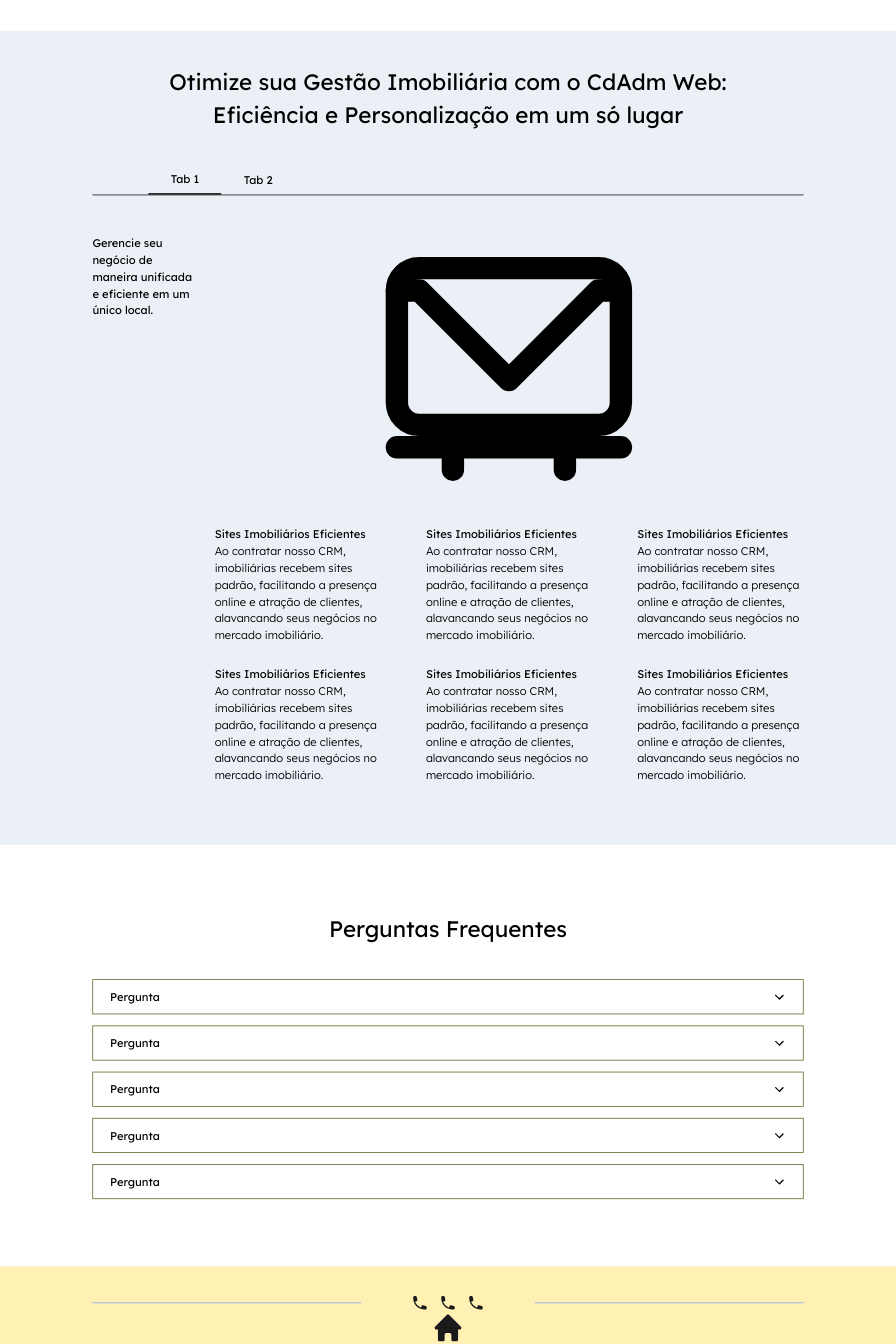
Repository: VereAbsolutum/site-institucional
Page: /cdAdmgrafico
The author's editor kept a copy of each file at every save. The page is drawn from the files as they stood at one save, then again after a run of saves.
The browser window is 1280 px wide. The pictures show the part of the page from y = 1100 to 3020 px (the page is 3090 px tall before and 3106 px after), at 70% of full size.
The project was rebuilt for these pictures with package versions that can differ from the ones it lists, and the page was loaded fresh each time. Also part of the build but not shown: vite.config.ts, src/presentation/components/buttons/button-base.tsx, src/presentation/components/buttons/button-border-primary.tsx, src/presentation/components/buttons/button-primary.tsx, src/presentation/components/links/link-border-primary.tsx, src/presentation/components/links/link-border-white.tsx, src/presentation/components/typography/display.tsx, src/presentation/components/typography/heading3.tsx and 13 more.

Above is the page before, as saved 2023-04-16 19:11:34.

### src/App.tsx
import React from 'react'
import { BrowserRouter, Routes, Route } from "react-router-dom"
import { Home, NotFound, Product } from './presentation/pages'

const App: React.FC = () => {
  return (
    <BrowserRouter >
      <Routes>
        <Route path='/' element={<Home />} />
        <Route path='/cdAdmgrafico' element={<Product />} />
        <Route path='*' element={<NotFound />} />
      </Routes>
    </BrowserRouter>
  )
}

export default App

### src/index.css
@import url('https://fonts.googleapis.com/css2?family=Lexend+Deca:wght@300;400&family=Manrope:wght@800&family=Playfair+Display:wght@500&display=swap');

@tailwind base;
@tailwind components;
@tailwind utilities;

### src/presentation/pages/index.ts
export { default as Home } from './home/home'
export { default as Product } from './product/product'
export { default as NotFound } from './not-found/notFound'

### src/presentation/pages/product/product.tsx
import { Tab } from '@headlessui/react';
import { MapPinIcon } from '@heroicons/react/24/solid';
import React, { useState } from 'react';
import { Accordion, Footer, Header, LinkPrimary, TabButton, TabPanel, TextHeading1, TextHeading2, TextParagraph } from '../../components';

export type Pergunta = {
    title: string,
    content: string
}

const product: React.FC = () => {
    const [activeTab, setActiveTab] = useState(0);

    const perguntasFrequentes: Pergunta[] = [
        {
            title: 'Pergunta',
            content: 'Resposta para a pergunta 1. Lorem ipsum dolor sit amet, consectetur adipiscing elit.'
        },
        {
            title: 'Pergunta',
            content: 'Resposta para a pergunta 1. Lorem ipsum dolor sit amet, consectetur adipiscing elit.'
        },
        {
            title: 'Pergunta',
            content: 'Resposta para a pergunta 1. Lorem ipsum dolor sit amet, consectetur adipiscing elit.'
        },
        {
            title: 'Pergunta',
            content: 'Resposta para a pergunta 1. Lorem ipsum dolor sit amet, consectetur adipiscing elit.'
        },
        {
            title: 'Pergunta',
            content: 'Resposta para a pergunta 1. Lorem ipsum dolor sit amet, consectetur adipiscing elit.'
        },
    ]

    return (
        <>
            <Header />
            <main>
                <section>
                    <div className='container py-12 mb-12'>
                        <div className='grid grid-cols-1 sm:grid-cols-2'>
                            <div className='flex justify-center items-center'>
                                <svg xmlns="http://www.w3.org/2000/svg" width="150" height="150" viewBox="0 0 24 24" fill="none" stroke="currentColor" strokeWidth="2" strokeLinecap="round" strokeLinejoin="round" className="w-full h-auto sm:max-w-sm">
                                    <rect x="2" y="3" width="20" height="14" rx="2" ry="2"></rect>
                                    <path d="M22 5H20L12 13L4 5H2"></path>
                                    <line x1="2" y1="19" x2="22" y2="19"></line>
                                    <line x1="7" y1="19" x2="7" y2="21"></line>
                                    <line x1="17" y1="19" x2="17" y2="21"></line>
                                </svg>
                            </div>

                            <div className='sm:pt-10'>
                                <p className='m-0'>
                                    <MapPinIcon className="w-6 h-6 text-indigo-600 inline-block mr-2" />
                                    <TextParagraph className='text-semibold'>CdAdm Web</TextParagraph>
                                </p>
                                <h1 className='mb-4'>
                                    <TextHeading1>
                                        CRM para sua Empresa
                                    </TextHeading1>
                                </h1>
                                <div className='mb-4'>
                                    <LinkPrimary className='py-4 block md:inline-block text-center lg:text-left hidden'>
                                        Começe agora e peça uma demonstração
                                    </LinkPrimary>
                                    <LinkPrimary className='py-4 block md:hidden text-center lg:text-left'>
                                        Peça uma demonstração
                                    </LinkPrimary>
                                </div>

                                <p className='mb-4 pr-12'>
                                    <TextParagraph>
                                        O CdAdm Web é uma solução inovadora em CRM para imobiliárias, otimizando a gestão do seu negócio e fortalecendo sua marca no mundo digital. Eficiência na palma da sua mão.
                                    </TextParagraph>
                                </p>
                            </div>
                        </div>
                    </div>
                </section>

                <section>
                    <div className='container py-12 mb-12'>
                        <div className='grid sm:grid-cols-2'>
                            <div className='sm:pr-32'>
                                <h2 className='mb-4'>
                                    <TextHeading2>
                                        Tudo dentro de uma só plataforma
                                    </TextHeading2>
                                </h2>
                                <p className='mb-4'>
                                    <TextParagraph>
                                        O CdAdm Web oferece um dashboard personalizável adaptado às necessidades do usuário, permitindo o fácil acesso a informações relevantes. Com a possibilidade de adicionar novos cadastros rapidamente, a plataforma simplifica e agiliza a gestão imobiliária.
                                    </TextParagraph>
                                </p>
                                <p>
                                    <TextParagraph>
                                        Além disso, o sistema permite visualizar os bens dos proprietários e gerenciar cadastros de pessoas jurídicas e seus sócios, facilitando o acompanhamento de informações importantes para o sucesso do seu negócio imobiliário.
                                    </TextParagraph>
                                </p>
                            </div>

                            <div className='flex justify-center items-center'>
                                <svg xmlns="http://www.w3.org/2000/svg" width="150" height="150" viewBox="0 0 24 24" fill="none" stroke="currentColor" strokeWidth="2" strokeLinecap="round" strokeLinejoin="round" className="w-full h-auto sm:max-w-sm">
                                    <rect x="2" y="3" width="20" height="14" rx="2" ry="2"></rect>
                                    <path d="M22 5H20L12 13L4 5H2"></path>
                                    <line x1="2" y1="19" x2="22" y2="19"></line>
                                    <line x1="7" y1="19" x2="7" y2="21"></line>
                                    <line x1="17" y1="19" x2="17" y2="21"></line>
                                </svg>
                            </div>
                        </div>

                    </div>
                </section>

                <section className='bg-blue-light border-0'>
                    <div className='container py-12 mb-12'>
                        <h2 className='text-center px-20 mb-12'>
                            <TextHeading2 >
                                Otimize sua Gestão Imobiliária com o CdAdm Web: Eficiência e Personalização em um só lugar
                            </TextHeading2>
                        </h2>
                        <div>

                            <div className="flex border-b mb-4 px-20">
                                <TabButton title="Tab 1" active={activeTab === 0} onClick={() => setActiveTab(0)} />
                                <TabButton title="Tab 2" active={activeTab === 1} onClick={() => setActiveTab(1)} />
                            </div>
                            <TabPanel active={activeTab === 0}>

                                <div className="grid grid-cols-6 gap-8 py-10">
                                    <div>
                                        <TextParagraph className='font-500'>
                                            Gerencie seu negócio de maneira unificada e eficiente em um único local.
                                        </TextParagraph>
                                    </div>
                                    <div className='col-span-5'>
                                        <div className='grid gap-8'>
                                            <div className='flex justify-center items-center'>
                                                <svg xmlns="http://www.w3.org/2000/svg" width="150" height="150" viewBox="0 0 24 24" fill="none" stroke="currentColor" strokeWidth="2" strokeLinecap="round" strokeLinejoin="round" className="w-full h-auto sm:max-w-sm">
                                                    <rect x="2" y="3" width="20" height="14" rx="2" ry="2"></rect>
                                                    <path d="M22 5H20L12 13L4 5H2"></path>
                                                    <line x1="2" y1="19" x2="22" y2="19"></line>
                                                    <line x1="7" y1="19" x2="7" y2="21"></line>
                                                    <line x1="17" y1="19" x2="17" y2="21"></line>
                                                </svg>
                                            </div>
                                            <div className='grid grid-cols-3 gap-x-16 gap-y-8'>
                                                <div>
                                                    <h3>
                                                        <TextParagraph className='font-500'>
                                                            Sites Imobiliários Eficientes
                                                        </TextParagraph>
                                                    </h3>
                                                    <p>
                                                        <TextParagraph>
                                                            Ao contratar nosso CRM, imobiliárias recebem sites padrão, facilitando a presença online e atração de clientes, alavancando seus negócios no mercado imobiliário.
                                                        </TextParagraph>
                                                    </p>
                                                </div>

                                                <div>
                                                    <h3>
                                                        <TextParagraph className='font-500'>
                                                            Sites Imobiliários Eficientes
                                                        </TextParagraph>
                                                    </h3>
                                                    <p>
                                                        <TextParagraph>
                                                            Ao contratar nosso CRM, imobiliárias recebem sites padrão, facilitando a presença online e atração de clientes, alavancando seus negócios no mercado imobiliário.
                                                        </TextParagraph>
                                                    </p>
                                                </div>

                                                <div>
                                                    <h3>
                                                        <TextParagraph className='font-500'>
                                                            Sites Imobiliários Eficientes
                                                        </TextParagraph>
                                                    </h3>
                                                    <p>
                                                        <TextParagraph>
                                                            Ao contratar nosso CRM, imobiliárias recebem sites padrão, facilitando a presença online e atração de clientes, alavancando seus negócios no mercado imobiliário.
                                                        </TextParagraph>
                                                    </p>
                                                </div>

                                                <div>
                                                    <h3>
                                                        <TextParagraph className='font-500'>
                                                            Sites Imobiliários Eficientes
                                                        </TextParagraph>
                                                    </h3>
                                                    <p>
                                                        <TextParagraph>
                                                            Ao contratar nosso CRM, imobiliárias recebem sites padrão, facilitando a presença online e atração de clientes, alavancando seus negócios no mercado imobiliário.
                                                        </TextParagraph>
                                                    </p>
                                                </div>

                                                <div>
                                                    <h3>
                                                        <TextParagraph className='font-500'>
                                                            Sites Imobiliários Eficientes
                                                        </TextParagraph>
                                                    </h3>
                                                    <p>
                                                        <TextParagraph>
                                                            Ao contratar nosso CRM, imobiliárias recebem sites padrão, facilitando a presença online e atração de clientes, alavancando seus negócios no mercado imobiliário.
                                                        </TextParagraph>
                                                    </p>
                                                </div>
                                                <div>
                                                    <h3>
                                                        <TextParagraph className='font-500'>
                                                            Sites Imobiliários Eficientes
                                                        </TextParagraph>
                                                    </h3>
                                                    <p>
                                                        <TextParagraph>
                                                            Ao contratar nosso CRM, imobiliárias recebem sites padrão, facilitando a presença online e atração de clientes, alavancando seus negócios no mercado imobiliário.
                                                        </TextParagraph>
                                                    </p>
                                                </div>
                                            </div>
                                        </div>
                                    </div>
                                </div>
                            </TabPanel>
                            <TabPanel active={activeTab === 1}>
                                <div className="grid grid-cols-2 gap-4">
                                    <div>

                                    </div>
                                    <div>

                                    </div>
                                </div>
                            </TabPanel>
                        </div>
                    </div>
                </section>

                <section>
                    <div className='container py-12 mb-12'>
                        <h2 className='text-center mb-12'>
                            <TextHeading2 >
                                Perguntas Frequentes
                            </TextHeading2>
                        </h2>
                        <div className='grid gap-4'>
                            {perguntasFrequentes && perguntasFrequentes.map((pergunta, index) =>
                                <Accordion key={index} title={pergunta.title}>
                                    {pergunta.content}
                                </Accordion>
                            )}
                        </div>
                    </div>
                </section>
                <Footer />
            </main>
        </>
    )
};

export default product;

### src/presentation/components/links/link-base/link-base.tsx
import React from 'react';

export type LinkBaseProps = React.AnchorHTMLAttributes<HTMLAnchorElement> & {
    className?: string;
};

const linkBase: React.FC<LinkBaseProps> = ({ children, className, ...rest }) => {
    const baseClasses =
        'duration-500 ease-in-out font-semibold cursor-pointer rounded-sm focus:outline-none focus:ring-2 focus:ring-blue-400 focus:ring-opacity-75';

    return (
        <a className={`${baseClasses} ${className}`} {...rest}>
            {children}
        </a>
    );
};

export default linkBase;

### src/presentation/components/links/link-primary.tsx
// FilledButton.tsx
import React from 'react';
import { LinkBase } from '..';
import { LinkBaseProps } from './link-base/link-base';

const linkPrimary: React.FC<LinkBaseProps> = ({ className, ...rest }) => {
    const baseClasses = 'px-4 py-1 text-lg font-400 text-black duration-100 bg-yellow hover:bg-yellow-40';

    return <LinkBase className={`${baseClasses} ${className}`} {...rest} />;
};

export default linkPrimary;

### src/presentation/components/typography/text-base.tsx
import React from 'react';

export type TextBaseProps = React.HTMLAttributes<HTMLSpanElement> & {
    className?: string;
};

const textBase: React.FC<TextBaseProps> = ({ children, className, ...rest }) => {
    const baseClasses = '';

    return (
        <span className={`${baseClasses} ${className}`} {...rest}>
            {children}
        </span>
    );
};

export default textBase;

### src/presentation/components/typography/heading1.tsx
import React from 'react';
import { TextBase } from '..';
import { TextBaseProps } from './text-base';

const textHeading1: React.FC<TextBaseProps> = ({ children, className, ...rest }) => {
    const baseClasses = 'text-2xl font-semibold';

    return (
        <TextBase className={baseClasses}>
            {children}
        </TextBase>
    );
};

export default textHeading1;

### src/presentation/components/typography/heading2.tsx
import React from 'react';
import { TextBase } from '..';
import { TextBaseProps } from './text-base';

const textHeading2: React.FC<TextBaseProps> = ({ children, className, ...rest }) => {
    const baseClasses = 'text-xxl font-semibold';

    return (
        <TextBase className={baseClasses}>
            {children}
        </TextBase>
    );
};

export default textHeading2;

### src/presentation/components/typography/paragraph.tsx
import React from 'react';
import { TextBase } from '..';
import { TextBaseProps } from './text-base';

const textParagraph: React.FC<TextBaseProps> = ({ children, className, ...rest }) => {
    const baseClasses = 'text-base font-300';

    return (
        <TextBase className={`${baseClasses} ${className}`} {...rest}>
            {children}
        </TextBase>
    );
};

export default textParagraph;

### src/presentation/components/typography/menu.tsx
import React from 'react';
import { TextBase } from '..';
import { TextBaseProps } from './text-base';

const textMenu: React.FC<TextBaseProps> = ({ children, className, ...rest }) => {
    const baseClasses = 'text-lg font-500';

    return (
        <TextBase className={`${baseClasses} ${className}`} {...rest}>
            {children}
        </TextBase>
    );
};

export default textMenu;

### src/presentation/components/tab/tab.tsx
// Tab.tsx
import React from 'react';

export type TabProps = {
    title: string;
    active: boolean;
    onClick: () => void;
}

const tabButton: React.FC<TabProps> = ({ title, active, onClick }) => {
    return (
        <button
            onClick={onClick}
            className={`px-4 py-2 font-semibold px-8 ${active ? 'text-indigo-600 border-b-2 border-indigo-600' : 'text-gray-600'
                }`}
        >
            {title}
        </button>
    );
};

export default tabButton;

### src/presentation/components/tab/tab-painel.tsx
// TabPanel.tsx
import React, { ReactNode } from 'react';

export type TabPanelProps = {
    active: boolean,
    children: ReactNode
}

const tabPanel: React.FC<TabPanelProps> = ({ active, children }) => {
    return <div className={`${active ? 'block' : 'hidden'}`}>{children}</div>;
};

export default tabPanel;

### src/presentation/components/header/components/index.ts
export { default as MobileMenu } from './mobile-menu'
export { default as MainMenu } from './main-menu'

Loaded but not shown: index.html (common file); src/main.tsx (common file); tailwind.config.js (58 lines, source omitted); src/presentation/components/header/components/mobile-menu.tsx (118 lines, source omitted); src/presentation/components/header/components/main-menu.tsx (79 lines, source omitted); src/presentation/components/header/header.tsx (86 lines, source omitted); src/presentation/components/index.ts (33 lines, source omitted); src/presentation/components/footer/footers.tsx (35 lines, source omitted); src/presentation/components/accordion/accordion.tsx (39 lines, source omitted)

After the next 2 saves:
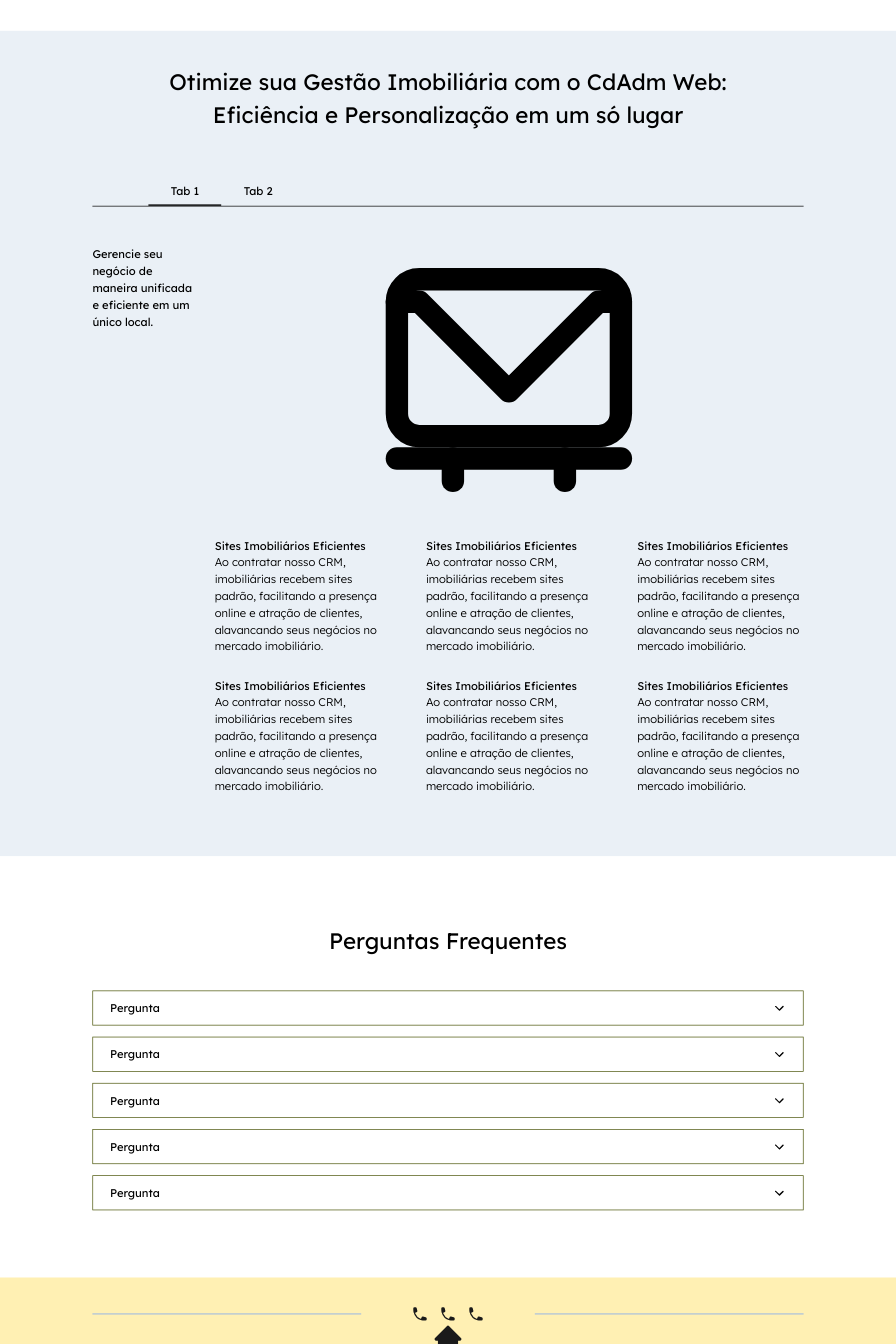
The 2 saves are shown as one change because they came seconds apart.
The last was saved 8 s later.
--- a/src/presentation/pages/product/product.tsx
+++ b/src/presentation/pages/product/product.tsx
@@ -117,7 +117,7 @@ const product: React.FC = () => {
 
                 <section className='bg-blue-light border-0'>
                     <div className='container py-12 mb-12'>
-                        <h2 className='text-center px-20 mb-12'>
+                        <h2 className='text-center px-20 mb-16'>
                             <TextHeading2 >
                                 Otimize sua Gestão Imobiliária com o CdAdm Web: Eficiência e Personalização em um só lugar
                             </TextHeading2>
